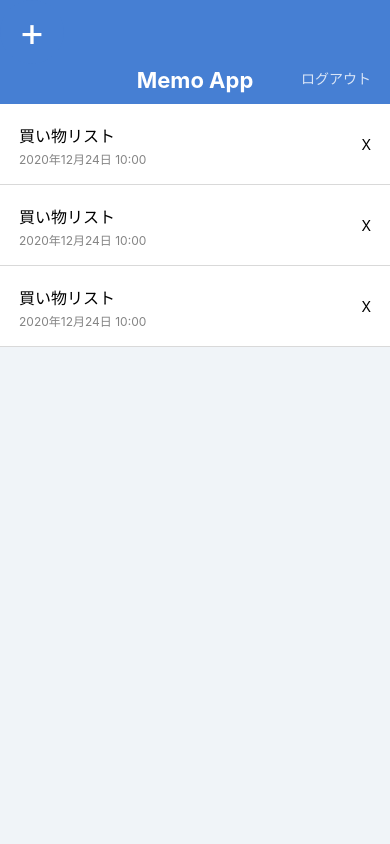
Repository: hirano-step/MemoApp
Screen: /
An editor plug-in stored every save of this project. The screen is shown before and after the next save, followed by the edit.
The app was drawn by React Native's web renderer in a window 390 px wide. The project was rebuilt for these pictures with package versions that can differ from the ones it lists, and the page was loaded fresh each time.

Above is the screen before, as saved 2023-01-12 11:29:00.

### App.jsx
import { StyleSheet, Text, View } from 'react-native';

export default function App() {
  return (
    <View style={styles.container}>
      <View style={styles.appbar}>
        <View style={styles.appbarInner}>
          <Text style={styles.appbarTitle}>Memo App</Text>
          <Text style={styles.appbarRight}>ログアウト</Text>
        </View>
      </View>

      <View>
        <View style={styles.memoListItem}>
          <View>
            <Text style={styles.memoListItemTitle}>買い物リスト</Text>
            <Text style={styles.memoListItemDate}>2020年12月24日 10:00</Text>
          </View>
          <View>
            <Text>X</Text>
          </View>
        </View>

        <View style={styles.memoListItem}>
          <View>
            <Text style={styles.memoListItemTitle}>買い物リスト</Text>
            <Text style={styles.memoListItemDate}>2020年12月24日 10:00</Text>
          </View>
          <View>
            <Text>X</Text>
          </View>
        </View>

        <View style={styles.memoListItem}>
          <View>
            <Text style={styles.memoListItemTitle}>買い物リスト</Text>
            <Text style={styles.memoListItemDate}>2020年12月24日 10:00</Text>
          </View>
          <View>
            <Text>X</Text>
          </View>
        </View>
      </View>

      <View style={styles.circleButton}>
        <Text style={styles.circleButonnLabel}>+</Text>
      </View>

    </View>
  );
}

const styles = StyleSheet.create({
  container: {
    flex: 1,
    backgroundColor: '#F0F4F8',
  },
  appbar: {
    width: '100%',
    height: 104,
    backgroundColor: '#467FD3',
    justifyContent: 'flex-end',
  },
  appbarInner: {
    alignItems: 'center',
  },
  appbarRight: {
    position: 'absolute',
    right: 19,
    bottom: 16,
    color: 'rgba(255,255,255,0.8)',
  },
  appbarTitle: {
    marginBottom: 8,
    fontSize: 22,
    lineHeight: 32,
    color: '#FFFFFF',
    fontWeight: 'bold',
  },
  memoListItem: {
    backgroundColor: '#FFFFFF',
    flexDirection: 'row',
    justifyContent: 'space-between',
    paddingVertical: 16,
    paddingHorizontal: 19,
    alignItems: 'center',
    borderBottomWidth: 1,
    borderColor: 'rgba(0,0,0,0.15)',
  },
  memoListItemTitle: {
    fontSize: 16,
    lineHeight: 32,
  },
  memoListItemDate: {
    fontSize: 12,
    lineHeight: 16,
    color: '#848484',
  },
  circleButton: {
    backgroundColor: '#467FD3',
    width: 64,
    height: 64,
    borderRadius: 32,
    justifyContent: 'center',
    alignItems: 'center',
    position: 'absolute',
  },
  circleButonnLabel: {
    color: '#FFFFFF',
    fontSize: 40,
    lineHeight: 40,
  }
});

After the next save:
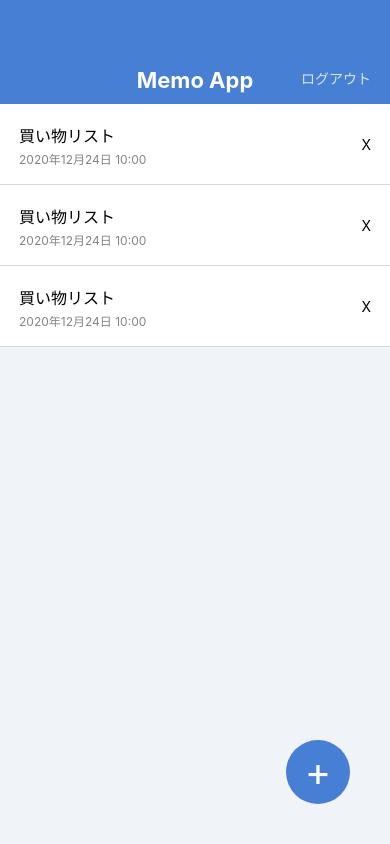
Saved 20 s later.
--- a/App.jsx
+++ b/App.jsx
@@ -104,6 +104,8 @@ const styles = StyleSheet.create({
     justifyContent: 'center',
     alignItems: 'center',
     position: 'absolute',
+    right: 40,
+    bottom: 40,
   },
   circleButonnLabel: {
     color: '#FFFFFF',
